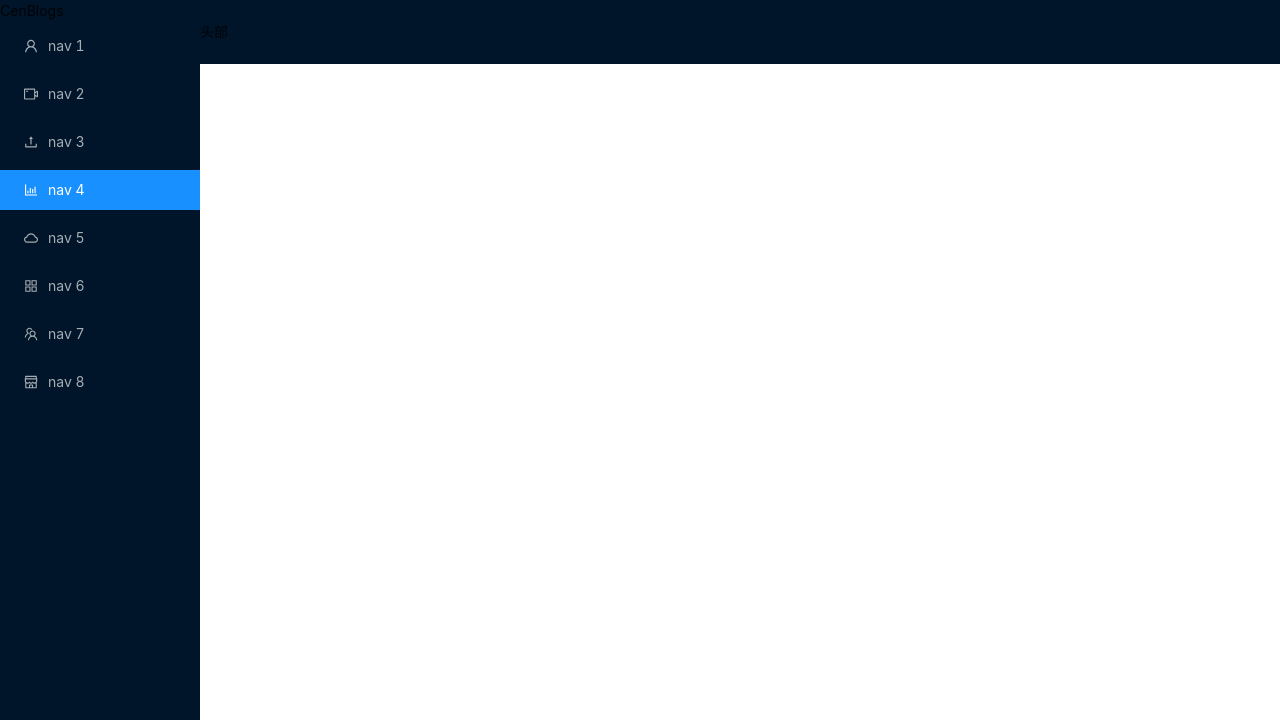
Repository: CBH20010703/BlogsAntd
Page: /
The author's editor kept a copy of each file at every save. The page is drawn from the files as they stood at one save, then again after the next save.
The browser window is 1280 px wide. The pictures show the whole page.
The project was rebuilt for these pictures with package versions that can differ from the ones it lists, and the page was loaded fresh each time. Also part of the build but not shown: src/view/Home/Home.css, src/view/404/Error.jsx.

Above is the page before, as saved 2021-06-20 22:43:10.

After the next save:
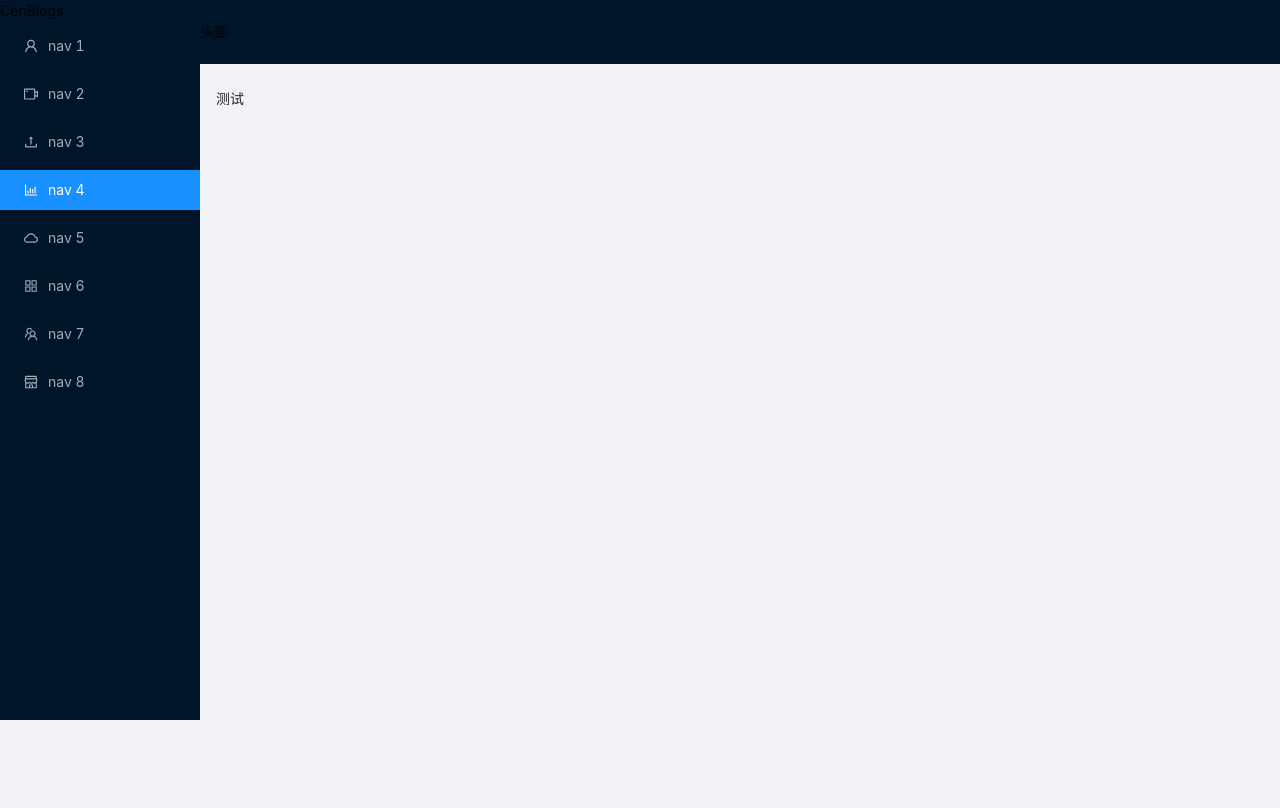
Saved 2 s later.
--- a/src/App.js
+++ b/src/App.js
@@ -5,7 +5,7 @@
 import RouterMap from './router/RouterMap';
 import { Layout} from 'antd';
 
-const {  Content, Footer, Sider } = Layout;
+const {  Content, Sider } = Layout;
 export default class  App extends Component {
   constructor(props) {
     super(props);
@@ -31,9 +31,9 @@
     </Sider>
     <Layout className="site-layout" style={{ marginLeft: 200 }}>
       <Headers></Headers>
-      {/* <Content style={{ margin: '24px 16px 0', overflow: 'initial',height:"100vh" }}>
+     <Content style={{ margin: '24px 16px 0', overflow: 'initial',height:"100vh" }}>
           <RouterMap />
-      </Content> */}
+      </Content>
       {/* <Footer style={{ textAlign: 'center' }}>Ant Design ©2018 Created by Ant UED</Footer> */}
     </Layout>
   </Layout>
